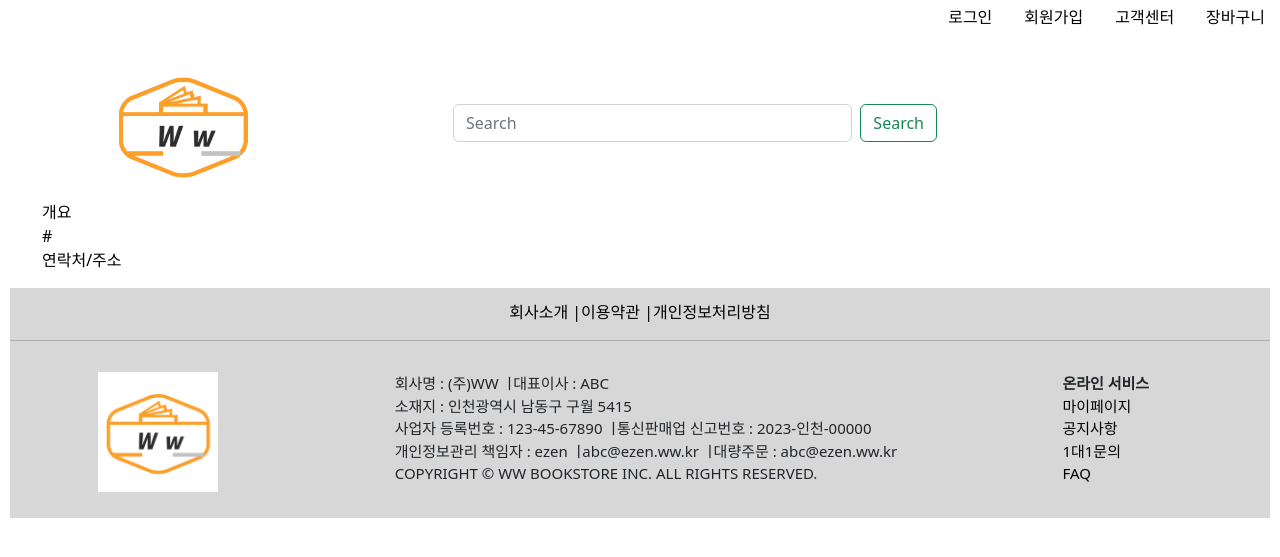
Repository: leehyeonung/project7
Page: http://localhost/book/WEB-INF/views/introduce.jsp
The author's editor kept a copy of each file at every save. The page is drawn from the files as they stood at one save, then again after the next save.
The browser window is 1280 px wide. The pictures show the whole page.
The page is served by Tomcat 9. Nobody is signed in. Other server files are loaded and not shown. The template is opened directly, without the code that normally fills it, so the values that code supplies are empty.

Above is the page before, as saved 2023-01-08 12:17:26.

### book/src/main/webapp/WEB-INF/views/introduce.jsp
<%@ page language="java" contentType="text/html; charset=UTF-8"
    pageEncoding="UTF-8"%>
        <%@ taglib uri="http://java.sun.com/jsp/jstl/core" prefix="c"%>
<!DOCTYPE html>
<html>
<head>
<meta charset="UTF-8">
<title>Insert title here</title>
<link rel="stylesheet" type="text/css" href="/resources/css/main.css">
<link rel="stylesheet" type="text/css" href="/resources/css/introduce.css">
</head>
<body>
<jsp:include page="./layout/header.jsp"></jsp:include>
<div class="main">
<div class="intro">
<ul>
	<li><a href="/content?content=okay1">개요</a></li>
	<li><a href="/content?content=okay2">#</a></li>
	<li><a href="/content?content=okay3">연락처/주소</a></li>
</ul>
</div>
<c:forEach items="${content}" var="content">
<c:choose>
 <c:when test="${content eq	'okay1' || content == 'main'}">

 <img alt="이미지 아직 없음" src="/resources/image/logo.jpg">


 	'ww'는 when where 의 약자로서 언제든 어디서든 노력한다는 뜻입니다.<br>
 	'ww'라는 브랜드에는 고객의 꿈을 위해 언제, 어디서든 노력한다는 기업정신이<br>
 	담겨 있습니다.

 	'ww'는 수 없이 많은 새로운 서비스를 전자상거래에 도입하였으며 우리가 도입하면<br>
 	 그것이 곧 업계의 표준이 되었습니다. 오늘도 'WW'는 혁신을 거듭하며 우리나라 <br>
 	 전자상거래의 역사를 새롭게 써나가고 있습니다.
 	 <table>
 	 	<tr>
 	 	<th>회사명</th>
 	 	<td>(주)WW</td>
 	 	</tr>
 	 	<tr>
 	 	<th>대표이사</th>
 	 	<td>ABC</td>
 	 	</tr>
 	 	<tr>
 	 	<th>소재지 </th>
 	 	<td>인천광역시 남동구 구월 5415</td>
 	 	</tr>
 	 	<tr>
 	 	<th>사업자 등록번호</th>
 	 	<td>123-45-67890 </td>
 	 	</tr>
 	 	<tr>
 	 	<th>통신판매업 신고번호</th>
 	 	<td>2023-인천-00000</td>
 	 	</tr>
 	 	<tr>
 	 	<th>개인정보관리 책임자</th>
 	 	<td>ezen</td>
 	 	</tr>
 	 	<tr>
 	 	<th>대량주문</th>
 	 	<td>abc@ezen.ww.kr</td>
 	 	</tr>

 	 </table>
  </c:when>
 <c:when test="${content eq	'okay2'}">
 	okay2
  </c:when>
 <c:when test="${content eq	'okay3'}">
<pre>

WW 본사에서는 도서를 직접 판매하는 매장이 없으며, 온라인에서 주문하신 도서를 직접 찾아가실 수도 없습니다.
오프라인 중고 매장을 찾으시는 경우에는 중고매장 리스트를 참고하시기 바랍니다.(중고매장 리스트 바로가기>)


주소
도로명 : 인천 남동구 인하로 485 4층
지번 : 구월동 1465-1

찾아오는 길
[지하철]
인천 2호선 예술회관역 2번 출구로 나와서 20m 직진
인천 1호선 인천시청역 5번 출구로 나와서 500m 직진, 좌회전 200m
[버스]
예술회관 하차
파랑버스 (간선) : 42, 45
초록버스 (지선) : 534, 순환56
* 고객님의 배송 및 이용 문의는 고객지원센터 전화 (지역번호 없이)
  1544-2514 또는 1:1 문의를 이용해주십시오.
 </pre>
  </c:when>
  </c:choose>
  </c:forEach>
</div>
<jsp:include page="./layout/footer.jsp"></jsp:include>
</body>
</html>

### book/src/main/webapp/WEB-INF/views/layout/header.jsp
<%@ page language="java" contentType="text/html; charset=UTF-8"
    pageEncoding="UTF-8"%>
<%@ taglib uri="http://java.sun.com/jsp/jstl/core" prefix="c"%>
<!DOCTYPE html>
<html>
<head>
<meta charset="UTF-8">
<title>Insert title here</title>
<!-- CSS only -->
<link href="https://cdn.jsdelivr.net/npm/bootstrap@5.2.2/dist/css/bootstrap.min.css"
rel="stylesheet" integrity="sha384-Zenh87qX5JnK2Jl0vWa8Ck2rdkQ2Bzep5IDxbcnCeuOxjzrPF/et3URy9Bv1WTRi"
crossorigin="anonymous">
<link rel="stylesheet" type="text/css" href="/resources/css/header.css">
</head>
<body>
<div class="header">
    <div class="menu">
        <c:if test="${ses.mem_id ==null}">
        <ul><a href="/mem/loginPage">로그인</a></ul>
        <ul><a href="/mem/joinPage">회원가입</a></ul>
        </c:if>
        <c:if test="${ses.mem_id == 'admin' }">
        <ul><a href="/mem/logOut">로그아웃</a></ul>
        <ul><a href="/mem/adminpage">관리인페이지</a></ul>
        </c:if>
        <c:if test="${ses.mem_id !=null && ses.mem_id !='admin' }">
        <ul><a href="/mem/logOut">로그아웃</a></ul>
        <ul><a href="/mem/mypage">마이페이지</a></ul>
        </c:if>
        <ul><a href="#">고객센터</a></ul>
        <ul><a href="#">장바구니</a></ul>
    </div>
    <div class="bar">
       <div class="logo">
         <a href="/"><img src="/resources/image/logo.jpg" alt="로고"></a>
       </div>
         <div class="searchBar">
            <form class="d-flex" role="search">
                 <input class="form-control me-2" type="search" placeholder="Search" aria-label="Search">
                 <button class="btn btn-outline-success" type="submit">Search</button>
              </form>
         </div>
       <div class="icons">
         <a href=""><i class="fa-solid fa-cart-shopping"></i></a>
            <a href=""><i class="fa-solid fa-user"></i></a>
       </div>
    </div>
</div>
</body>
</html>

### book/src/main/webapp/WEB-INF/views/layout/footer.jsp
<%@ page language="java" contentType="text/html; charset=UTF-8"
   pageEncoding="UTF-8"%>
<!DOCTYPE html>
<html>
<head>
<meta charset="UTF-8">
<title>Insert title here</title>
<link rel="stylesheet" type="text/css" href="/resources/css/footer.css">

</head>

<body>
   <div class="footer">
      <div class="footer-top">
         <ul>
            <li><a href="/introduce">회사소개 | </a></li>
            <li><a href="">이용약관 | </a></li>
            <li><a href="">개인정보처리방침</a></li>
         </ul>
      </div>
      <hr>
      <div class="address">
         <div class="footer-logo">
            <img src="/resources/image/logo.jpg" alt="로고">
         </div>
         <div class="address-box">
            <ul>
               <li>회사명 : (주)WW <span style="margin-right: -7px;">ㅣ</span>
                  대표이사 : ABC
               </li>

               <li>소재지 : 인천광역시 남동구 구월 5415</li>
               <li>사업자 등록번호 : 123-45-67890 <span style="margin-right: -7px;">ㅣ</span>
                  통신판매업 신고번호 : 2023-인천-00000
               </li>

               <li>개인정보관리 책임자 : ezen <span style="margin-right: -7px;">ㅣ</span>
                  abc@ezen.ww.kr <span style="margin-right: -7px;">ㅣ</span> 대량주문 :
                  abc@ezen.ww.kr
               </li>

               <li>COPYRIGHT © WW BOOKSTORE INC. ALL RIGHTS RESERVED.</li>

            </ul>

         </div>
         <div class="online-serviceBar">
            <strong>온라인 서비스</strong>
            <ul>
               <li><a href="">마이페이지</a></li>
               <li><a href="">공지사항</a></li>
               <li><a href="">1대1문의</a></li>
               <li><a href="">FAQ</a></li>
            </ul>
         </div>
      </div>
   </div>

</body>
</html>

### book/src/main/webapp/resources/css/main.css
@charset "UTF-8";

.main{
	width:1260px;
	margin: 0 auto;
}

### book/src/main/webapp/resources/css/introduce.css
@charset "UTF-8";
.intro{
   display: flex;
   justify-content: flex-start;
}

### book/src/main/webapp/resources/css/header.css
body{
    margin:0 auto;
}
.header{
	margin:0 auto;
    width: 1260px;
    height: 200px;
   /*  background-color: pink; */
}
.menu{
   display: flex;
   justify-content: flex-end;
   padding:5px;

}
.logo{
    width: 150px;
    height: 150px;
    background-color: blue;
}
.logo>a>img{
    width: 150px;
    height: 150px;
}
.searchBar{
   /* position:absolute; */
    width: 484px;
    height: 42px;
    /* background-color: gold; */
    margin-top:54px;
    border-radius: 30px;

}
.bar{

   height: 150px;
   display: flex;
   flex-direction: row;
   flex-wrap:nowrap;
   justify-content:space-around;
/*    align-items: baseline; */


}
i{
    font-size: 42px;
    color: black;
    margin-top:54px;
    margin-right: 20px;
}
</style>

### book/src/main/webapp/resources/css/footer.css
.footer {
   width: 1260px;
   height: 230px;
   background-color: rgba(175, 175, 175, 0.5);
   margin: 0 auto;
}

.footer-logo {

   width: 120px;
   height: 120px;
   background-color: beige;
}
.footer-logo>img{
   width: 120px;
   height: 120px;
}

.address-box {
   text-align: left;
   padding: 0;
   margin: 0;
}

.address {
   padding: 15px;
   height: 150px;
   display: flex;
   font-size: 15px;
   /* align-items: baseline; */
   flex-direction: row;
   flex-wrap: nowrap;
   justify-content: space-around;
}

ul {
   list-style: none;
}

.footer, .address li {

}

.footer-top {
   text-align: center;
   padding-top: 12px;
}

.footer-top>ul {
   margin: 0;
   padding: 0;
   display: flex;
   justify-content: center;
}

.footer-top>li {
   margin: 0;
   padding: 0;
}

a {
   text-decoration-line: none;
   color: black;
}

a:visited {
   text-decoration: none;
}

a:hover {
   text-decoration: none;
}

a:focus {
   text-decoration: none;
}

a:hover, a:active {
   text-decoration: none;
}

.online-serviceBar {
   padding: 0px;
   margin-left: 20px;
   width: 120px;
   height: 120px;
}

.online-serviceBar>ul {
   margin: 0px;
   padding: 0px;
}

</style>

After the next save:
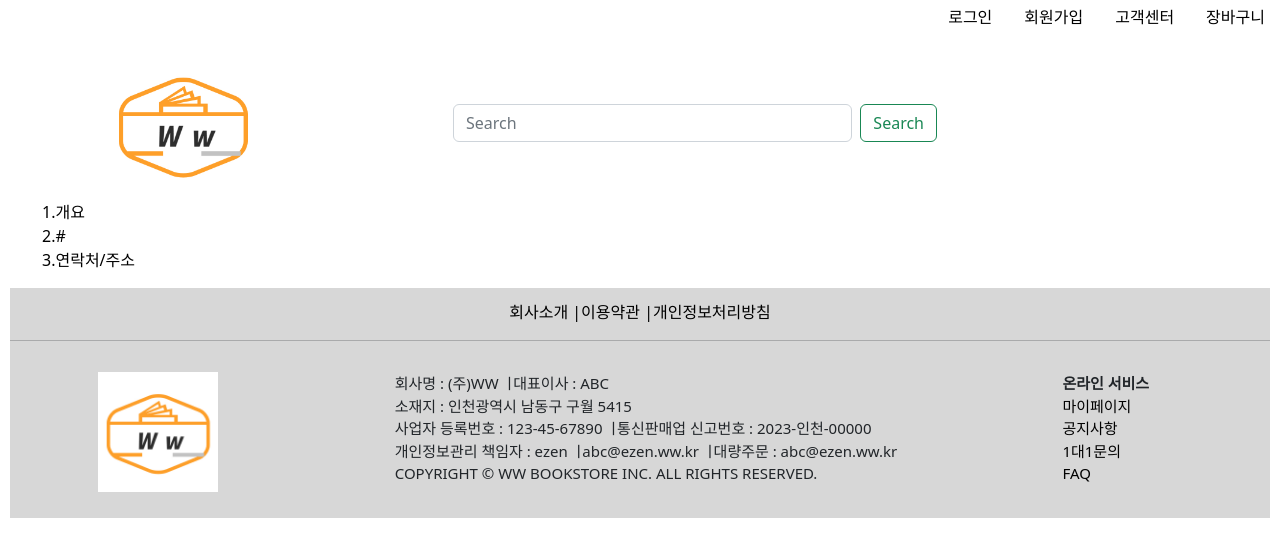
Saved 2 min 14 s later.
--- a/book/src/main/webapp/WEB-INF/views/introduce.jsp
+++ b/book/src/main/webapp/WEB-INF/views/introduce.jsp
@@ -14,9 +14,9 @@
 <div class="main">
 <div class="intro">
 <ul>
-	<li><a href="/content?content=okay1">개요</a></li>
-	<li><a href="/content?content=okay2">#</a></li>
-	<li><a href="/content?content=okay3">연락처/주소</a></li>
+	<li><a href="/content?content=okay1">1.개요</a></li>
+	<li><a href="/content?content=okay2">2.#</a></li>
+	<li><a href="/content?content=okay3">3.연락처/주소</a></li>
 </ul>
 </div>
 <c:forEach items="${content}" var="content">
